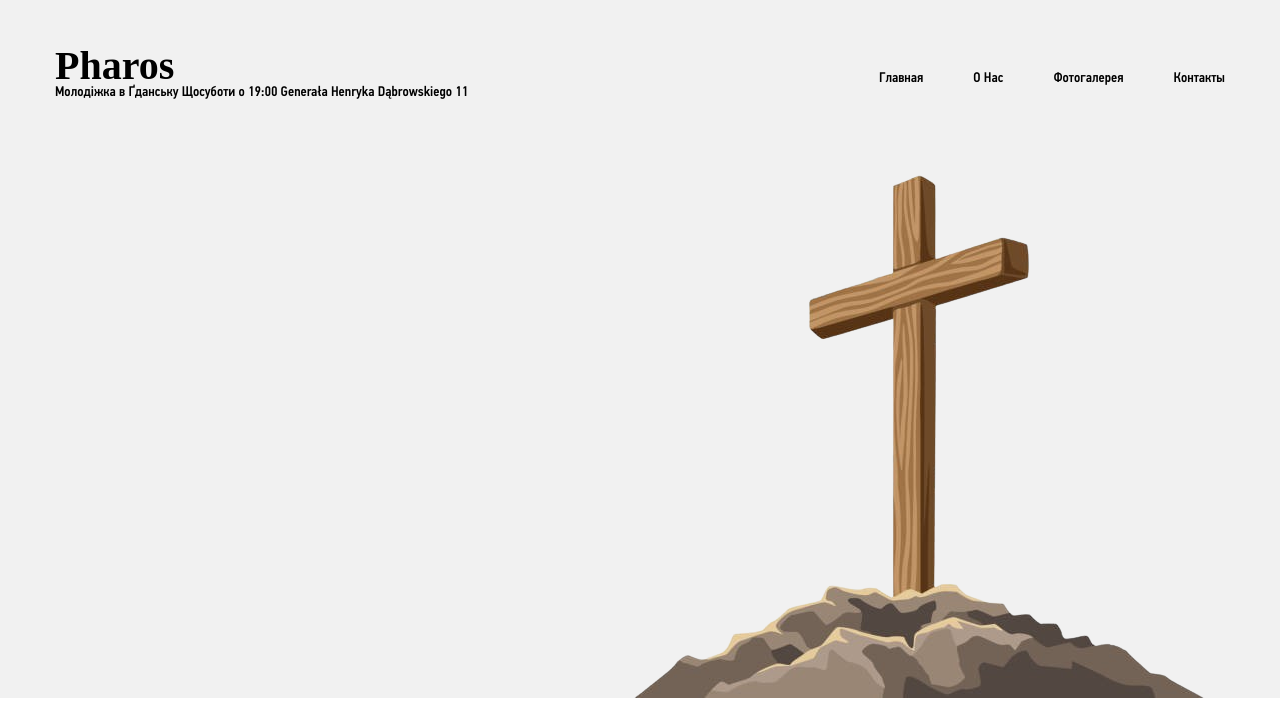
Repository: Bohdan-Sandovenko/youth-project
Page: index.html
The author's editor kept a copy of each file at every save. The page is drawn from the files as they stood at one save, then again after the next save.
The browser window is 1280 px wide. The pictures show the whole page.
Some web fonts or font styles are not loaded; a fallback is used. The style sheet was rebuilt from its Sass, Less or Tailwind sources for each picture, by a compiler version that may differ from the author's.

Above is the page before, as saved 2024-09-10 10:59:16.

After the next save:
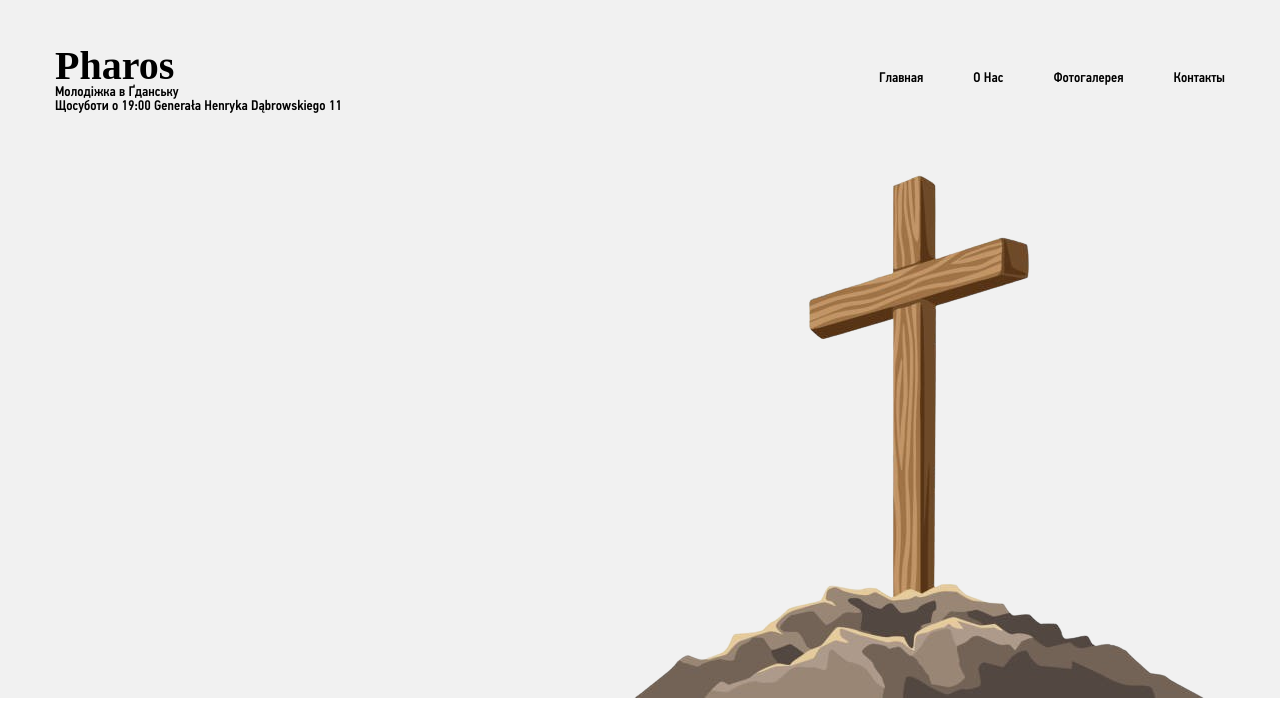
Saved 20 s later.
--- a/index.html
+++ b/index.html
@@ -25,7 +25,7 @@
             <!--header content-->
             <div class="header-row">
                 <div class="header-content">Молодіжка в Ґданську
-
+                    <h1 class="header-heading"></h1>
                     Щосуботи о 19:00 Generała Henryka Dąbrowskiego 11
                 </div>
                 <div class="header-img">
